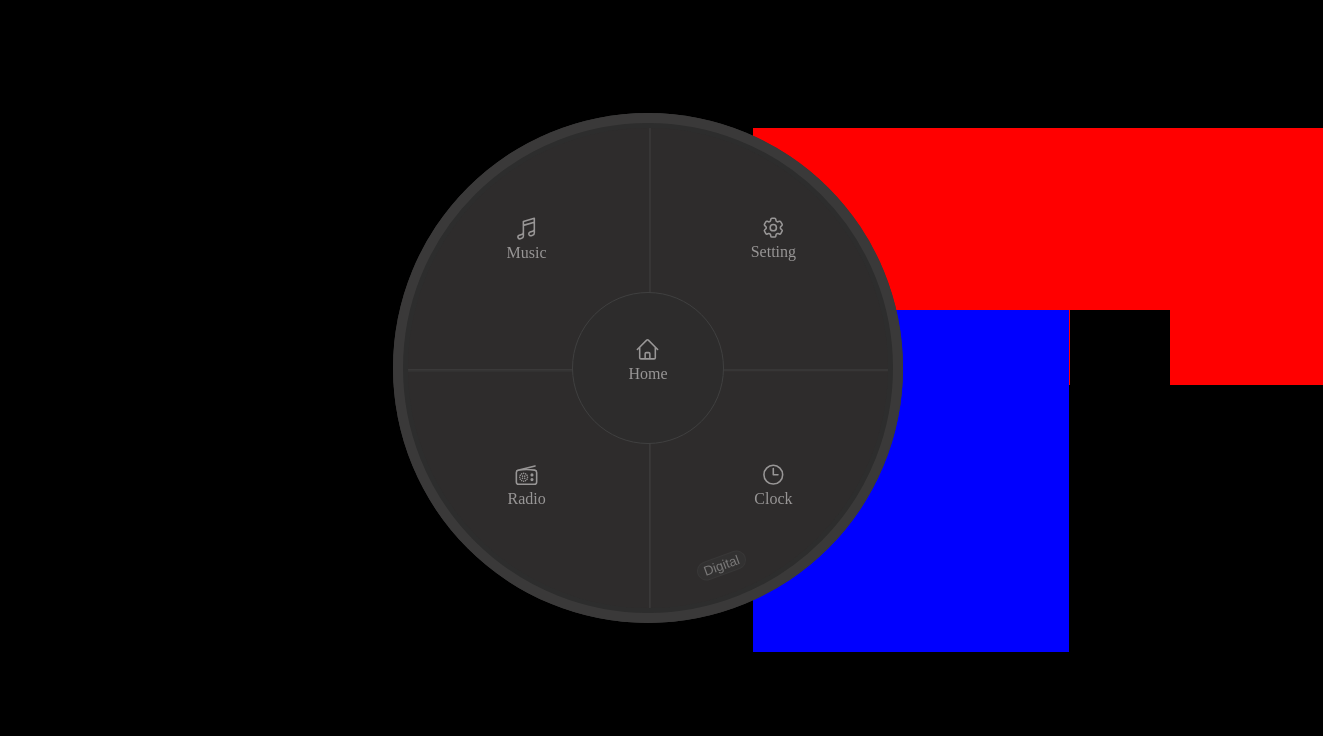
Repository: hsumyatm7308/Basecycle
Page: index.html
An editor plug-in stored every save of this project. The page is shown before and after the next save, followed by the edit.
The browser window is 1280 px wide. The page is 1323 px wide, so the pictures cover 1323 px, including what lies to the right of the window. The pictures show the whole page.

Above is the page before, as saved 2023-06-03 00:08:58.

After the next save:
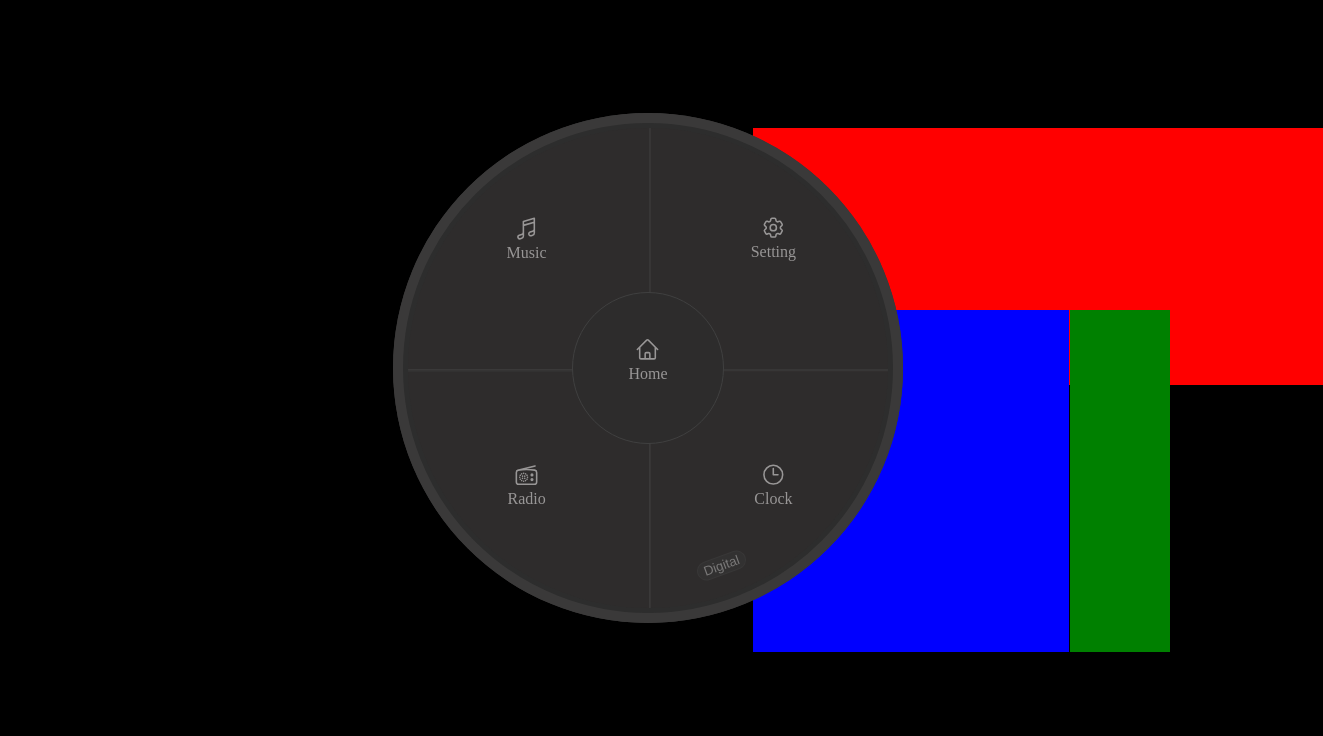
Saved 8 s later.
--- a/style.css
+++ b/style.css
@@ -659,7 +659,8 @@ body {
 .digiani2{
     width:100px ;
     height: 60%;
-    background-color: #000;
+    background-color: green;
+    /* background-color: #000; */
     position: absolute;
     bottom: 8%;
     right: 26.8%;
